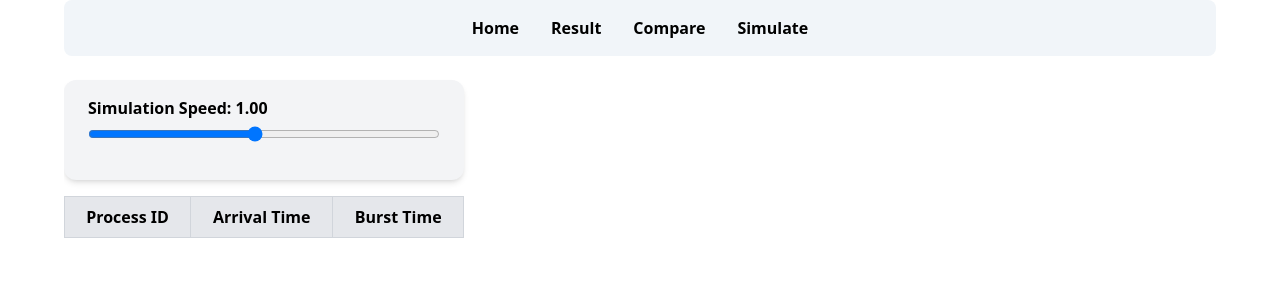
Repository: ujjwalkathait/Process_Scheduler
Page: /simulate
The author's editor kept a copy of each file at every save. The page is drawn from the files as they stood at one save, then again after the next save.
The browser window is 1280 px wide. The pictures show the whole page.
The project was rebuilt for these pictures with package versions that can differ from the ones it lists, and the page was loaded fresh each time. Also part of the build but not shown: vite.config.js, src/components/CompareAlgorithmsChart.jsx, src/components/GanttChart.jsx, src/components/GanttChartTable.jsx, src/helpers/ComputeStatistics.js, src/algorithms/FCFS.js, src/algorithms/SJF.js, src/algorithms/Priority.js and 15 more.

Above is the page before, as saved 2025-05-16 08:52:23.

### index.html
<!doctype html>
<html lang="en">
  <head>
    <meta charset="UTF-8" />
    <link rel="icon" type="image/svg+xml" href="./src/assets/scheduling_favicon.jpeg" />
    <meta name="viewport" content="width=device-width, initial-scale=1.0" />
    <title>CPU Scheduling Algorithms Visualization</title>
  </head>
  <body>
    <div id="root"></div>
    <script type="module" src="/src/main.jsx"></script>
  </body>
</html>

### src/main.jsx
import ReactDOM from 'react-dom/client';
import { BrowserRouter } from 'react-router-dom';
import App from './App';
import React from 'react';
import './index.css';

ReactDOM.createRoot(document.getElementById('root')).render(
  <React.StrictMode>
    <App />
  </React.StrictMode>,
)

### src/App.jsx
import React, { useState } from 'react';
import { ToastContainer } from 'react-toastify';
import 'react-toastify/dist/ReactToastify.css';
import Compare from './pages/Compare';
import Home from './pages/Home';
import Result from './pages/Result';
import { Link, Route, BrowserRouter as Router, Routes } from 'react-router-dom';
import { ProcessProvider } from './context/ProcessContext';
import Simulate from './pages/Simulate';

function App() {

  return (
    <ProcessProvider>
      <Router>
        <div className="overflow-x-hidden mx-[5%] mb-[1rem]">
          <nav className="flex justify-center gap-8 p-4 bg-slate-100 rounded-lg">
            <Link to="/" className="font-semibold hover:underline">Home</Link>
            <Link to="/result" className="font-semibold hover:underline">Result</Link>
            <Link to="/compare" className="font-semibold hover:underline">Compare</Link>
            <Link to="/simulate" className="font-semibold hover:underline">Simulate</Link>
          </nav>
          <ToastContainer />
          <Routes>
            <Route path="/" element={<Home />} />
            <Route path="/result" element={<Result />} />
            <Route path="/compare" element={<Compare />} />
            <Route path="/simulate" element={<Simulate />} />

          </Routes>
        </div>
      </Router>
    </ProcessProvider>
  );
}

export default App

### src/index.css
@tailwind base;
@tailwind components;
@tailwind utilities;

input[type="number"] {
  @apply border border-gray-300 rounded-md;
  width: 100%;
  text-align: center;
  font-size: 1.1rem;
}

input[type="radio"] {
  @apply border border-gray-300 rounded-md;
  text-align: center;
  width: 30px;
  margin-top: 0.7rem;
}

.simulate {
  /* background: rgb(49,151,168); */
  letter-spacing: 0.15rem;
  font-weight: 900;
  font-size: 1rem;
}

.reset {
  letter-spacing: 0.08rem;
}

### src/context/ProcessContext.jsx
import React, { createContext, useState } from 'react';

export const ProcessContext = createContext();

export const ProcessProvider = ({ children }) => {
  const [arrivalTime, setArrivalTime] = useState();
  const [burstTime, setBurstTime] = useState();
  const [processId, setProcessID] = useState(1);
  const [processes, setProcesses] = useState([]);
  const [newProcesses, setUpdatedProcesses] = useState([]);
  const [updatedProcesses, setAnotherUpdatedProcesses] = useState([]);
  const [selectedAlgorithm, setSelectedAlgorithm] = useState(0);
  const [priority, setPriority] = useState();
  const [executed, setExecuted] = useState(false);
  const [statisticsData, setStatisticsData] = useState([]);

  const value = {
    arrivalTime,
    burstTime,
    processId,
    processes,
    newProcesses,
    updatedProcesses,
    selectedAlgorithm,
    priority,
    executed,
    statisticsData,
    setArrivalTime,
    setBurstTime,
    setProcessID,
    setProcesses,
    setUpdatedProcesses,
    setAnotherUpdatedProcesses,
    setSelectedAlgorithm,
    setPriority,
    setExecuted,
    setStatisticsData
  };

  return (
    <ProcessContext.Provider value={value}>
      {children}
    </ProcessContext.Provider>
  );
};

### src/pages/Simulate.jsx
import React, { useContext, useState } from 'react';
import { ProcessContext } from '../context/ProcessContext';
import InputTable from '../components/InputTable';
import SimulationControls from '../components/SimulationControls';

export default function Simulate() {
  const {
      processes,
      selectedAlgorithm,
    } = useContext(ProcessContext);
  const [simulationSpeed, setSimulationSpeed] = useState(1.0);
  const [timeQuantum, setTimeQuantum] = useState();

  const handleSimulate = () => { /* start simulation logic */ };
  const handlePause = () => { /* pause simulation logic */ };
  const handleForward = () => { /* forward step logic */ };
  const handleBack = () => { /* backward step logic */ };
  const handleExit = () => { /* cleanup / reset logic */ };

  return (
    <div className="w-full bg-white my-6 flex flex-row gap-10">
      <div className="space-y-4 col-span-1">
        <SimulationControls
          simulationSpeed={simulationSpeed}
          setSimulationSpeed={setSimulationSpeed}
          timeQuantum={timeQuantum}
          setTimeQuantum={setTimeQuantum}
          selectedAlgorithm={selectedAlgorithm}
        />
        <InputTable
          processes={processes}
          selectedAlgorithm={selectedAlgorithm}
        />
        {/* <ReadyQueue />
        <div className="space-y-2">
          <CPUStatus status="Idle" algorithm={selectedAlgorithm} />
          <StatsPanel stats={statisticsData} />
        </div> */}
      </div>

      {/* Right Panel */}
      {/* <div className="col-span-2 space-y-4">
        <NavigationButtons />
        <ProcessList />
        <GanttChart />
      </div> */}
    </div>
  );
}

### src/components/InputTable.jsx
import React from 'react'

const InputTable = ({selectedAlgorithm , processes}) => {
    let usesPriority = (selectedAlgorithm === 3 || selectedAlgorithm === 4 || selectedAlgorithm === 7);
  return (
    <table className="w-full border-collapse border border-gray-300 text-center">
        <thead>
            <tr className="bg-gray-200">
            <th className="border border-gray-300 px-4 py-2">Process ID</th>
            <th className="border border-gray-300 px-4 py-2">Arrival Time</th>
            <th className="border border-gray-300 px-4 py-2">Burst Time</th>
            {usesPriority && (
                <th className="border border-gray-300 px-4 py-2">Priority</th>
            )}
            </tr>
        </thead>
        <tbody>
            {processes.map((process, index) => (
            <tr key={process.processId} className="bg-white">
                <td className="border border-gray-300 px-4 py-2">P{index+1}</td>
                <td className="border border-gray-300 px-4 py-2">{process.arrivalTime}</td>
                <td className="border border-gray-300 px-4 py-2">{process.burstTime}</td>
                {usesPriority && (
                <td className="border border-gray-300 px-4 py-2">{process.priority}</td>
                )}
            </tr>
            ))}
        </tbody>
    </table>
  )
}

export default InputTable

### src/components/SimulationControls.jsx
import React, { useState } from 'react';

const SimulateControls = ({
  simulationSpeed,
  setSimulationSpeed,
  timeQuantum,
  setTimeQuantum,
    selectedAlgorithm,
//   onSimulate,
//   onPause,
//   onForward,
//   onBack,
//   onExit,
}) => {
    let usesPriority = (selectedAlgorithm === 6 || selectedAlgorithm === 7);
  return (
    <div className="bg-gray-100 w-[400px] px-6 py-4 rounded-xl shadow-md">

      {/* Simulation Speed Slider */}
      <div className="mb-4">
        <label className="block font-semibold mb-1">Simulation Speed: {simulationSpeed.toFixed(2)}</label>
        <input
          type="range"
          min="0.1"
          max="2.0"
          step="0.01"
          value={simulationSpeed}
          onChange={(e) => setSimulationSpeed(parseFloat(e.target.value))}
          className="w-full"
        />
      </div>

      {/* Quantum Time Input */}
      {usesPriority && (
        <div className="mb-4">
            <label className="block font-semibold mb-1">Quantum Time:</label>
            <input
            type="number"
            min="1"
            value={timeQuantum}
            onChange={(e) => setTimeQuantum(Number(e.target.value))}
            className="w-full p-2 border rounded"
            />
        </div>
      )}

      {/* Buttons */}
      {/* <div className="grid grid-cols-3 gap-4 mt-4">
        <button onClick={onPause} className="bg-yellow-600 hover:bg-yellow-700 text-white font-bold py-2 rounded">
          Pause
        </button>
        <button onClick={onBack} className="bg-gray-500 hover:bg-gray-600 text-white font-bold py-2 rounded">
          Back
        </button>
        <button onClick={onSimulate} className="bg-green-600 hover:bg-green-700 text-white font-bold py-2 rounded">
          Simulate
        </button>
        <button onClick={onForward} className="bg-blue-600 hover:bg-blue-700 text-white font-bold py-2 rounded">
          Forward
        </button>
        <button onClick={onExit} className="bg-red-600 hover:bg-red-700 text-white font-bold py-2 rounded col-span-2">
          Exit
        </button>
      </div> */}
    </div>
  );
};

export default SimulateControls;

Loaded but not shown: tailwind.config.js (common file)

After the next save:
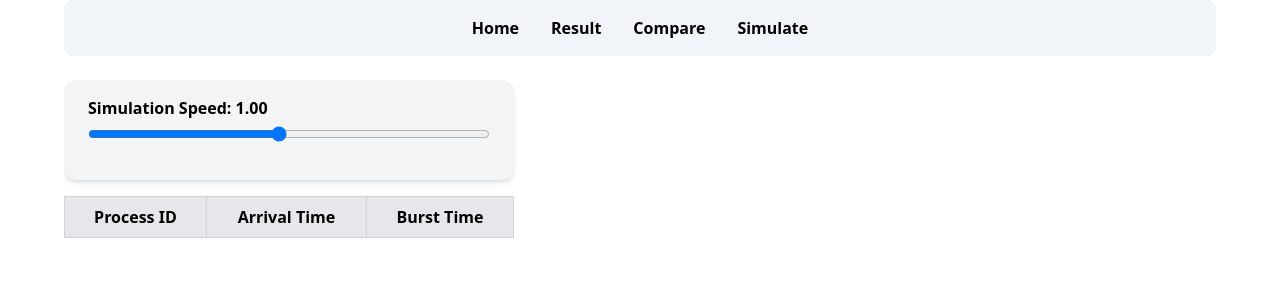
Saved 9 s later.
--- a/src/components/SimulationControls.jsx
+++ b/src/components/SimulationControls.jsx
@@ -14,7 +14,7 @@ const SimulateControls = ({
 }) => {
     let usesPriority = (selectedAlgorithm === 6 || selectedAlgorithm === 7);
   return (
-    <div className="bg-gray-100 w-[400px] px-6 py-4 rounded-xl shadow-md">
+    <div className="bg-gray-100 w-[450px] px-6 py-4 rounded-xl shadow-md">
 
       {/* Simulation Speed Slider */}
       <div className="mb-4">
